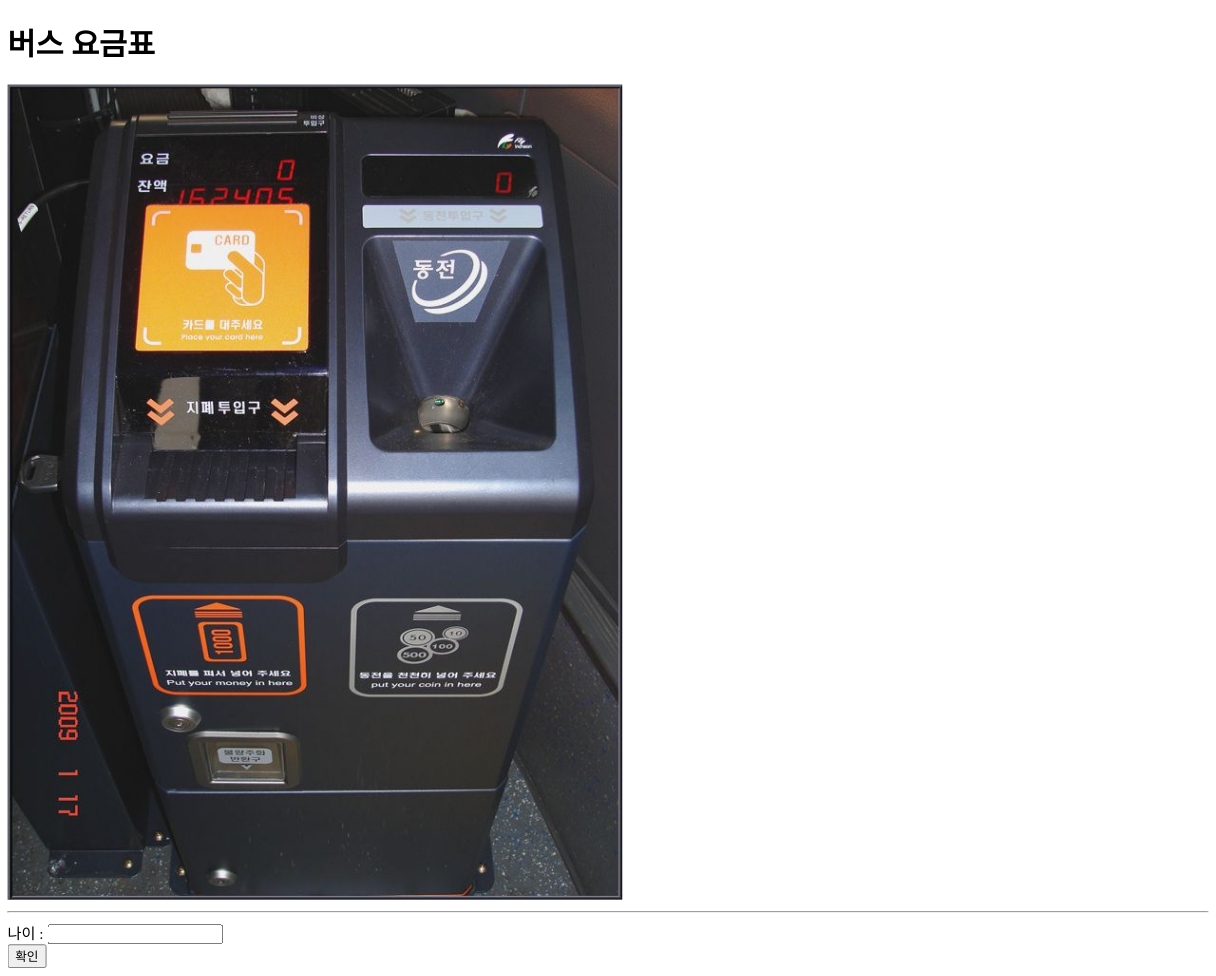
Repository: eun-chongzzz/jsp_practice
Page: http://localhost/JSPBasic/jspObject/4.objecttest/bus_form.jsp
These files come from the project's save history. The page is drawn as it stood at one moment and after the next save; the edit follows.
The browser window is 1280 px wide. The pictures show the whole page, at 95% of full size.
The page is served by Tomcat 9.

Above is the page before, as saved 2022-02-07 05:39:28.

After the next save:
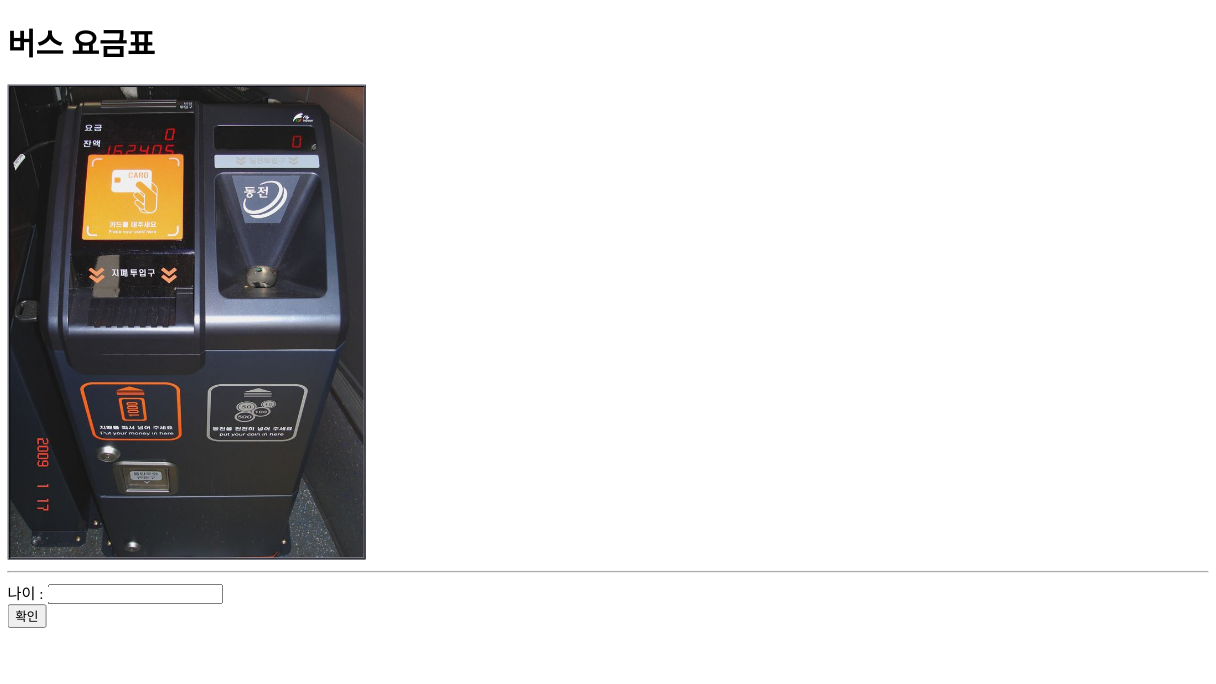
Saved 27 min 33 s later.
--- a/JSPBasic/src/main/webapp/jspObject/4.objecttest/bus_form.jsp
+++ b/JSPBasic/src/main/webapp/jspObject/4.objecttest/bus_form.jsp
@@ -8,7 +8,7 @@
 </head>
 <body>
 	<h1>버스 요금표</h1>
-	<img src="repository/요금기.jpg">
+	<img src="repository/요금기.jpg" whidth="700px" height="500px">
 	<hr>
 	<form action="bus_check.jsp" method="get">
 		나이 : <input type="number" name="age"><br/>
